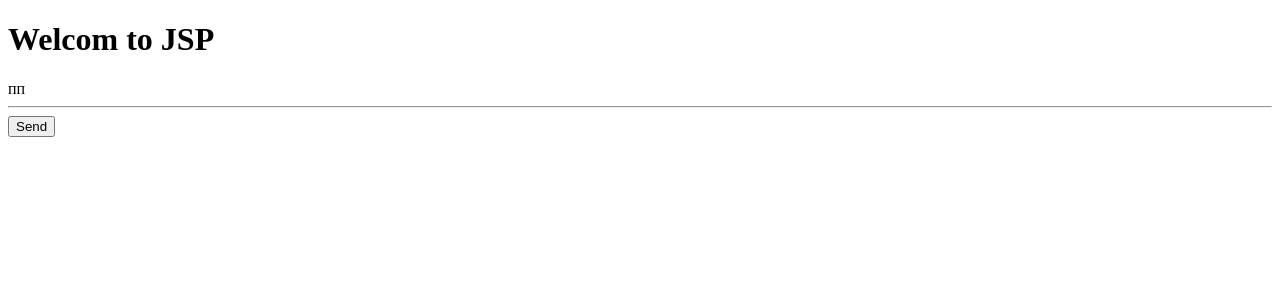
Repository: vadhub/JSP-Service
Page: http://localhost/JSPage/
The author's editor kept a copy of each file at every save. The page is drawn from the files as they stood at one save, then again after the next save.
The browser window is 1280 px wide. The pictures show the whole page.
The page is served by Tomcat 9.

Above is the page before, as saved 2019-07-21 03:19:55.

After the next save:
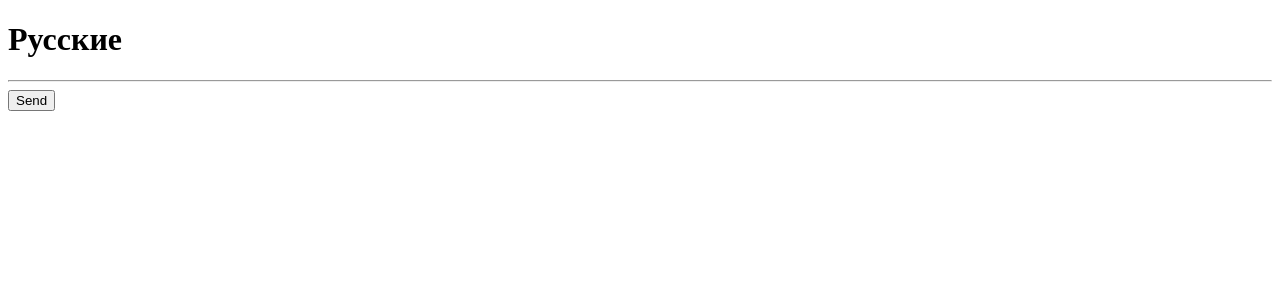
Saved 15 s later.
--- a/JSPage/WebContent/index.jsp
+++ b/JSPage/WebContent/index.jsp
@@ -6,8 +6,8 @@
 <title>Service</title>
 </head>
 <body>
-<h1>Welcom to JSP</h1>
-пп
+<h1>Русские</h1>
+
 <hr/>
 <form action="Servleter">
 	<input type ="submit" value="Send"/>
